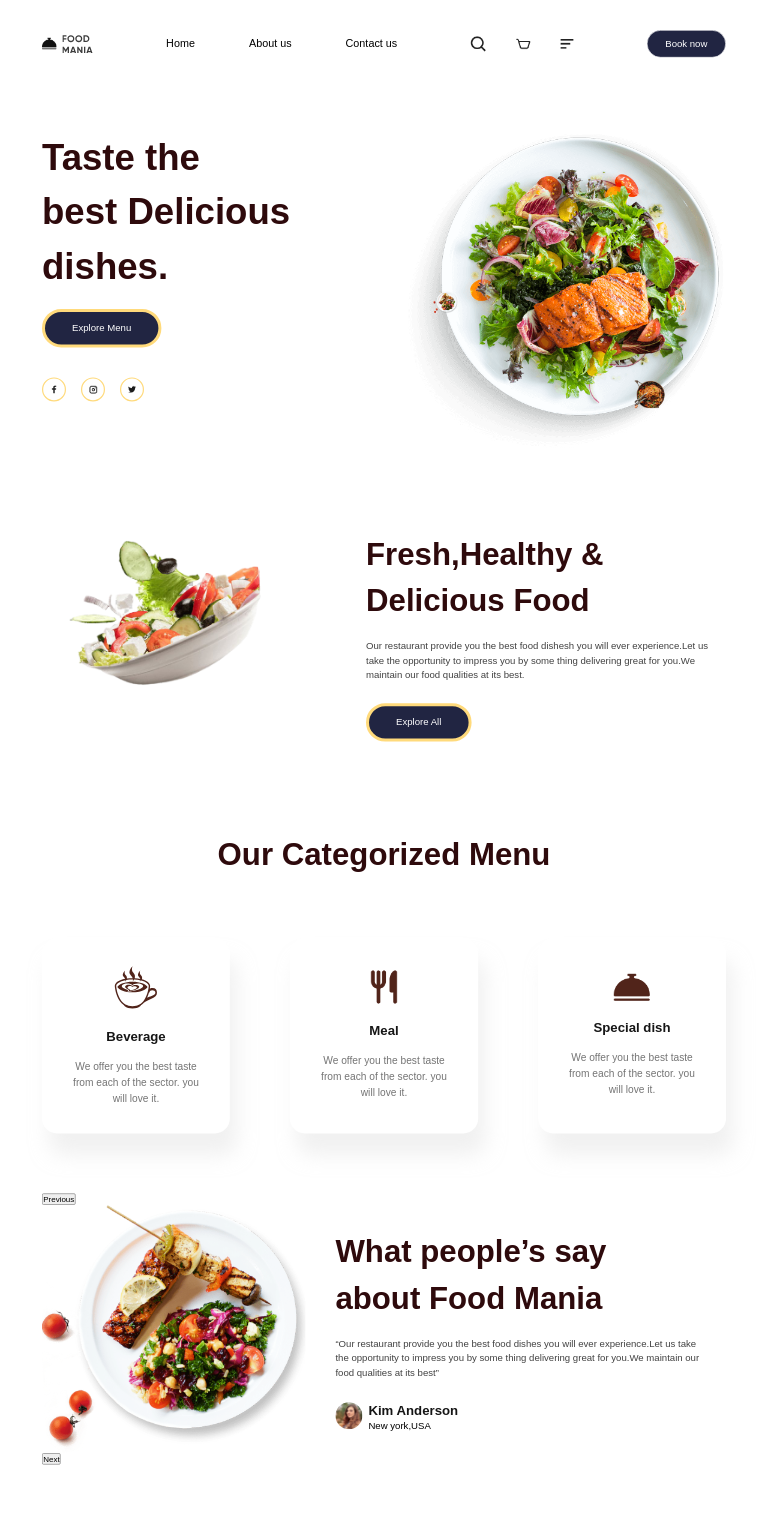
Repository: hoang0508/Figmafood
Page: index.html
The author's editor kept a copy of each file at every save. The page is drawn from the files as they stood at one save, then again after the next save.
The browser window is 1280 px wide. The pictures show the whole page, at 60% of full size.
Some web libraries are served in a nearby version. The style sheet was rebuilt from its Sass, Less or Tailwind sources for each picture, by a compiler version that may differ from the author's.

Above is the page before, as saved 2021-11-08 14:29:24.

After the next save:
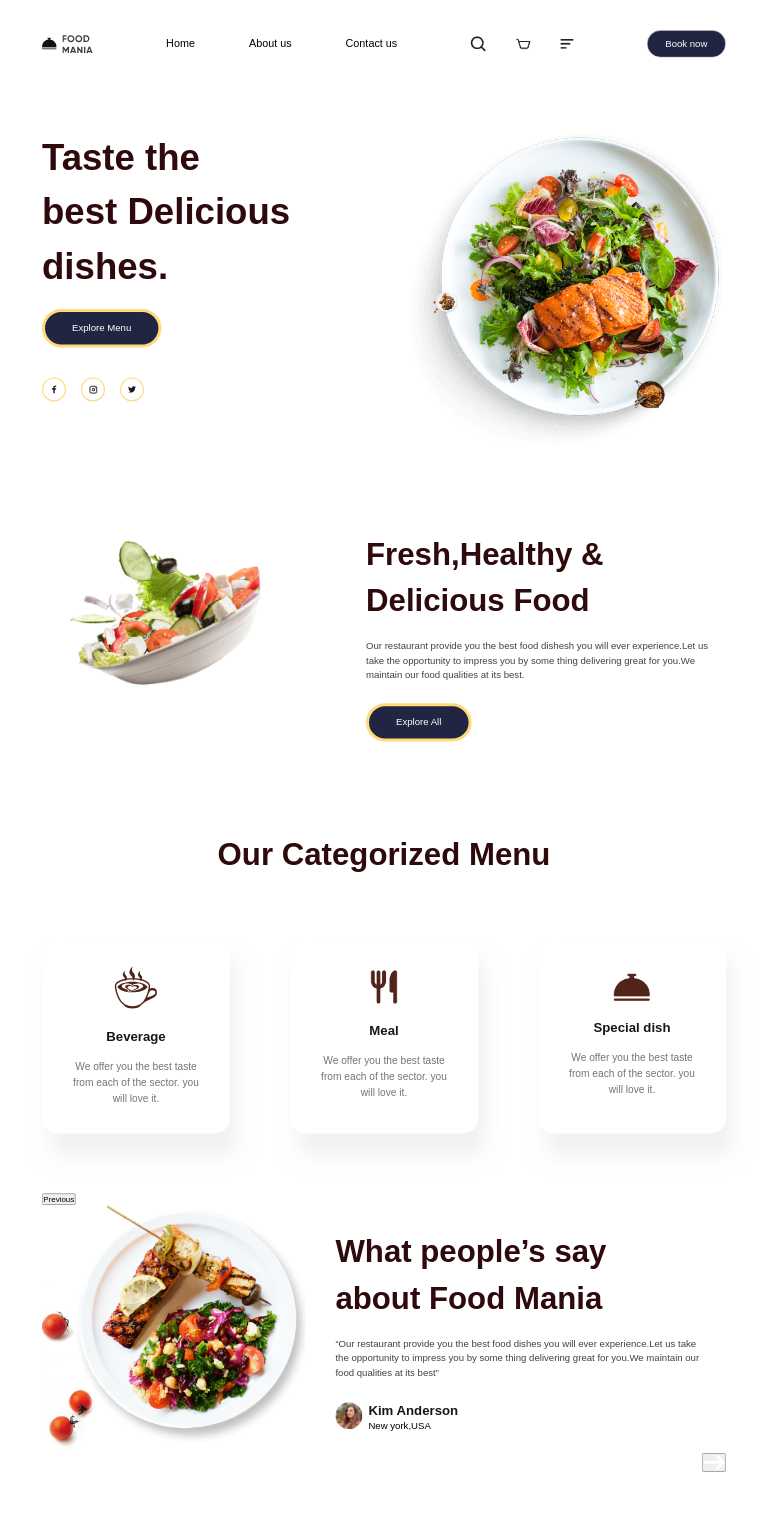
Saved 2 min 7 s later.
--- a/script/app.js
+++ b/script/app.js
@@ -2,4 +2,5 @@
   infinite: true,
   slidesToShow: 1,
   slidesToScroll: 3,
+  nextArrow: `<button type='button' class='slick-next pull-right'><img src="./images/arrow-icon.png" /></button>`,
 });
